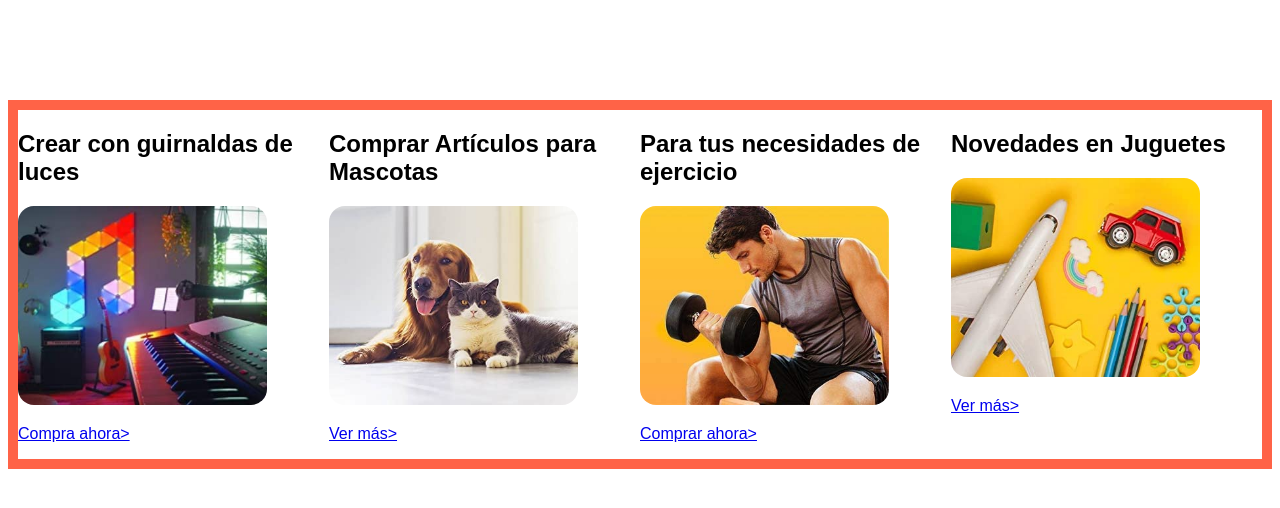
Repository: 27marques/avaliacao
Page: exercicio01/amazon.html
The author's editor kept a copy of each file at every save. The page is drawn from the files as they stood at one save, then again after the next save.
The browser window is 1280 px wide. The pictures show the whole page.

Above is the page before, as saved 2022-08-26 22:47:37.

After the next save:
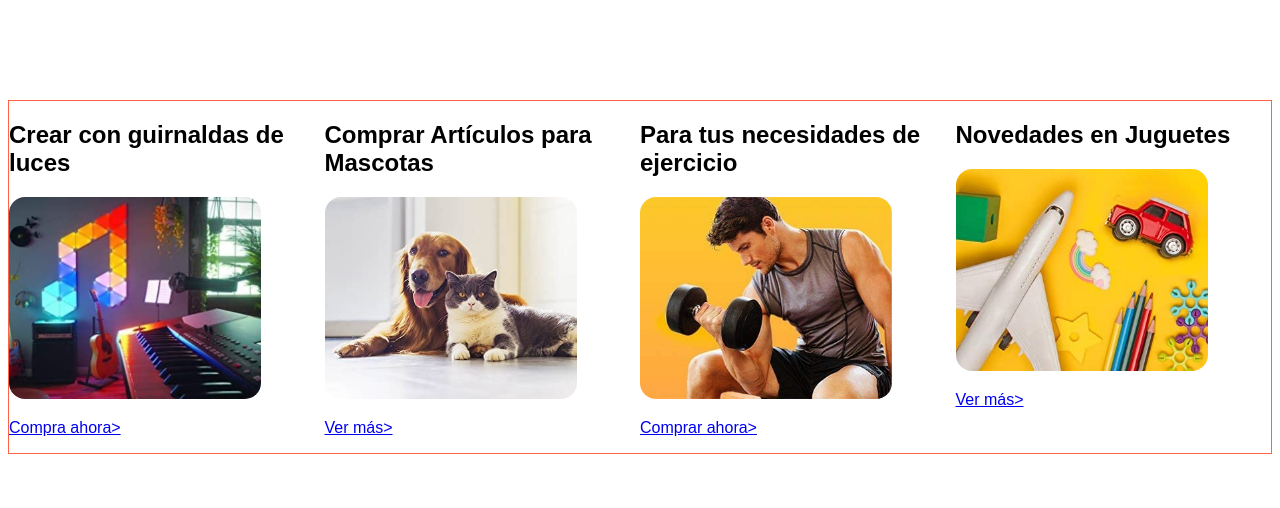
Saved 2 min 9 s later.
--- a/exercicio01/assets/css/style.css
+++ b/exercicio01/assets/css/style.css
@@ -9,7 +9,7 @@
 
 .container {
     max-width: 1500px;
-    border: 10px solid tomato;
+    border: 1px solid tomato;
     /*margin-left: auto;
     margin-right: auto;
     margin: 0 auto 0 auto;*/
